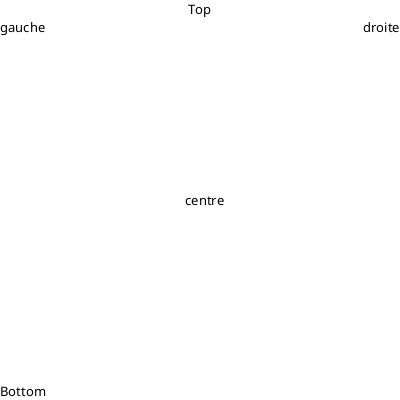
Repository: guehel/Workspace
Program's window: java HelloWorldJavaFx/src/application/Main.java
The author's editor kept a copy of each file at every save. The program's window is drawn from the files as they stood at one save, then again after the next save.
It runs on Java 21 on a 1366 x 768 screen with JavaFX 11; the title bar is not drawn.

Above is the program's window before, as saved 2014-09-25 19:16:35.

### HelloWorldJavaFx/src/application/Main.java
package application;

import javax.swing.GroupLayout.Alignment;

import javafx.application.Application;
import javafx.geometry.Pos;
import javafx.stage.Stage;
import javafx.scene.Scene;
import javafx.scene.layout.BorderPane;
import javafx.scene.text.Text;


public class Main extends Application {
	@Override
	public void start(Stage primaryStage) {
		try {
			BorderPane root = new BorderPane();
			Text text = new Text("centre");

			root.setCenter(text);

			root.setTop(new Text("Top"));
		root.setLeft(new Text("gauche"));
		root.setRight(new Text("droite"));
			root.setBottom(new Text("Bottom"));
			root.setAlignment(root.getCenter(), Pos.CENTER);
			root.setAlignment(root.getTop(), Pos.CENTER);
			root.setAlignment(root.getCenter(), Pos.CENTER);
			root.setAlignment(root.getCenter(), Pos.CENTER);
			root.setAlignment(root.getCenter(), Pos.CENTER);
			Scene scene = new Scene(root, 400, 400);
			primaryStage.setScene(scene);
			primaryStage.show();
		} catch(Exception e) {
			e.printStackTrace();
		}
	}

	public static void main(String[] args) {
		launch(args);
	}
}

After the next save:
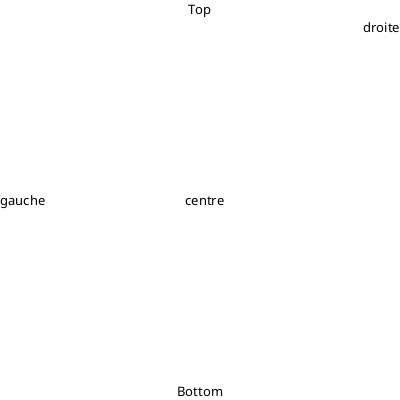
Saved 17 s later.
--- a/HelloWorldJavaFx/src/application/Main.java
+++ b/HelloWorldJavaFx/src/application/Main.java
@@ -25,8 +25,8 @@
 			root.setBottom(new Text("Bottom"));
 			root.setAlignment(root.getCenter(), Pos.CENTER);
 			root.setAlignment(root.getTop(), Pos.CENTER);
-			root.setAlignment(root.getCenter(), Pos.CENTER);
-			root.setAlignment(root.getCenter(), Pos.CENTER);
+			root.setAlignment(root.getBottom(), Pos.CENTER);
+			root.setAlignment(root.getLeft(), Pos.CENTER);
 			root.setAlignment(root.getCenter(), Pos.CENTER);
 			Scene scene = new Scene(root, 400, 400);
 			primaryStage.setScene(scene);
